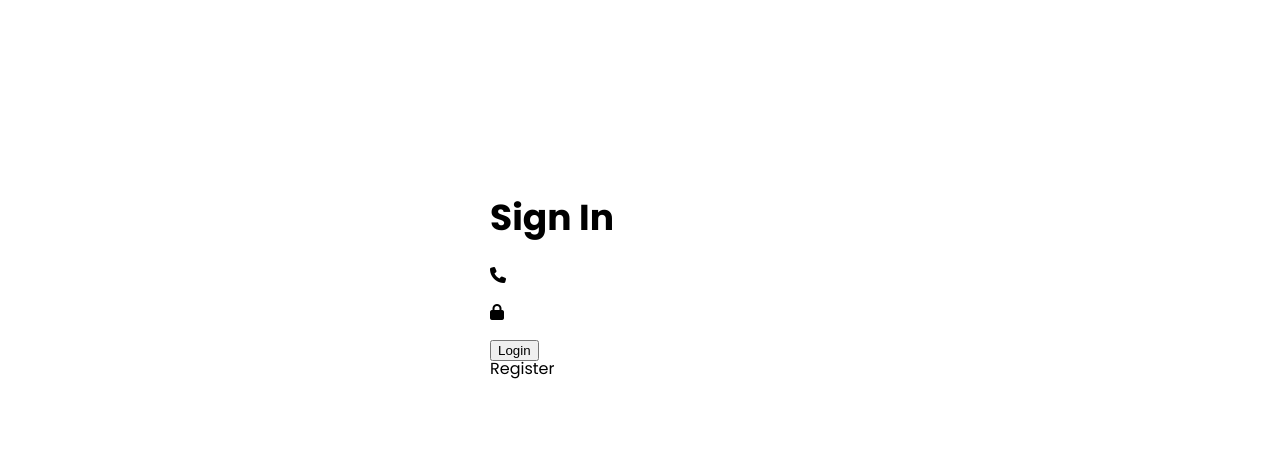
Repository: haphuocsang1801/github-group4
Page: login.html
The author's editor kept a copy of each file at every save. The page is drawn from the files as they stood at one save, then again after a run of saves.
The browser window is 1280 px wide. The pictures show the whole page.
Some web libraries are served in a nearby version. The style sheet was rebuilt from its Sass, Less or Tailwind sources for each picture, by a compiler version that may differ from the author's.

Above is the page before, as saved 2021-09-17 16:22:21.

After the next 3 saves:
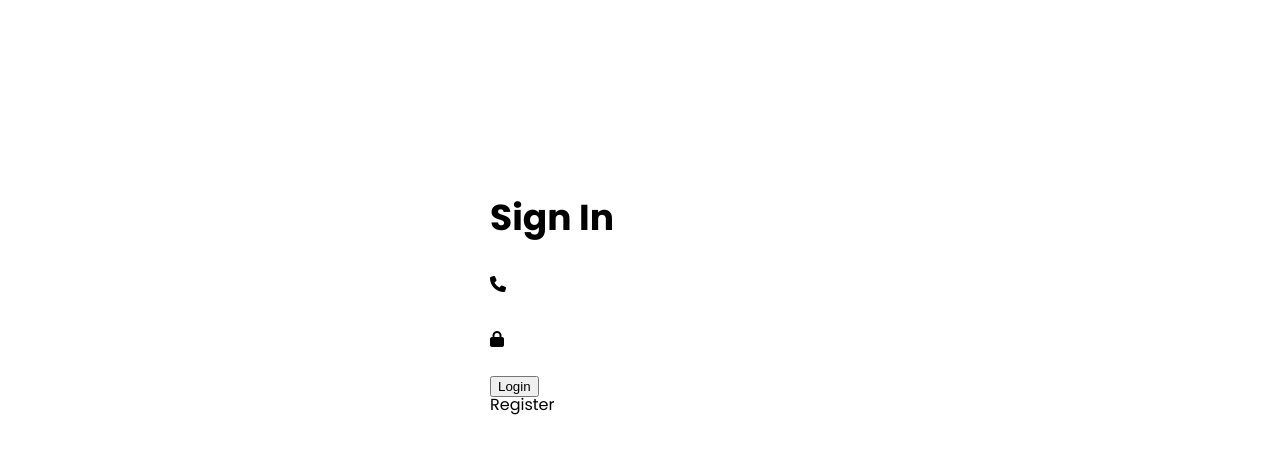
The 3 saves are shown as one change because they came seconds apart.
The last was saved 10 s later.
--- a/scss/_login.scss
+++ b/scss/_login.scss
@@ -13,6 +13,6 @@
   &-input{
     outline: none;
      border: 0;
-
+    padding: 10px 0;
   }
 }
